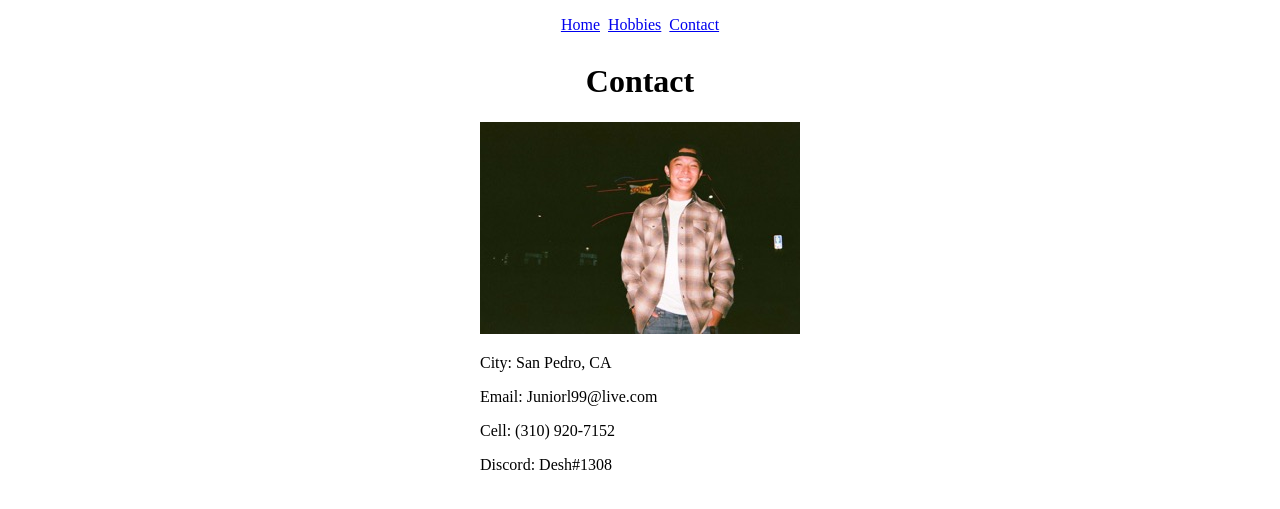
Repository: sebas6292/Jeff-Midterm
Page: contact.html
An editor plug-in stored every save of this project. The page is shown before and after the next save, followed by the edit.
The browser window is 1280 px wide. The pictures show the whole page.

Above is the page before, as saved 2023-04-30 23:08:41.

### contact.html
<!DOCTYPE html>
<html lang="en">
  <head>
    <title>Home</title>
    <meta charset="UTF-8" />
    <meta name="viewport" content="width=device-width" />
    <link rel="stylesheet" href="styles.css" />
  </head>
  <body>
    <nav>
      <a href="/home.html">Home</a>
      <a href="/hobby.html">Hobbies</a>
      <a href="/contact.html">Contact</a>
    </nav>
    <main>
      <h1>Contact</h1>
      <section class="contact-info" >
        <div>
            <img src="pics/Swag.jpeg"/>
            <p>City: San Pedro, CA</p>
            <p>Email: Juniorl99@live.com</p>
            <p>Cell: (310) 920-7152</p>
            <p>Discord: Desh#1308</p>
        </div>
      </section>
    </main>
  </body>
</html>

### styles.css

nav {
  display: flex;
  flex-wrap: wrap;
  align-items: center;
  justify-content: center;
  padding: 0.5rem;
  gap: 0.5rem;

}

.title {
  display: flex;
  justify-content: center;
}

/* hobbies */
.container {
  display: flex;
  flex-wrap: wrap;
  justify-content: center ;
}
.box-container {
  padding: 1rem;
}
.img-hobbies {
  border-radius: 10%;
}

h1, .contact-info {
  display: flex;
  justify-content: center;
}

After the next save:
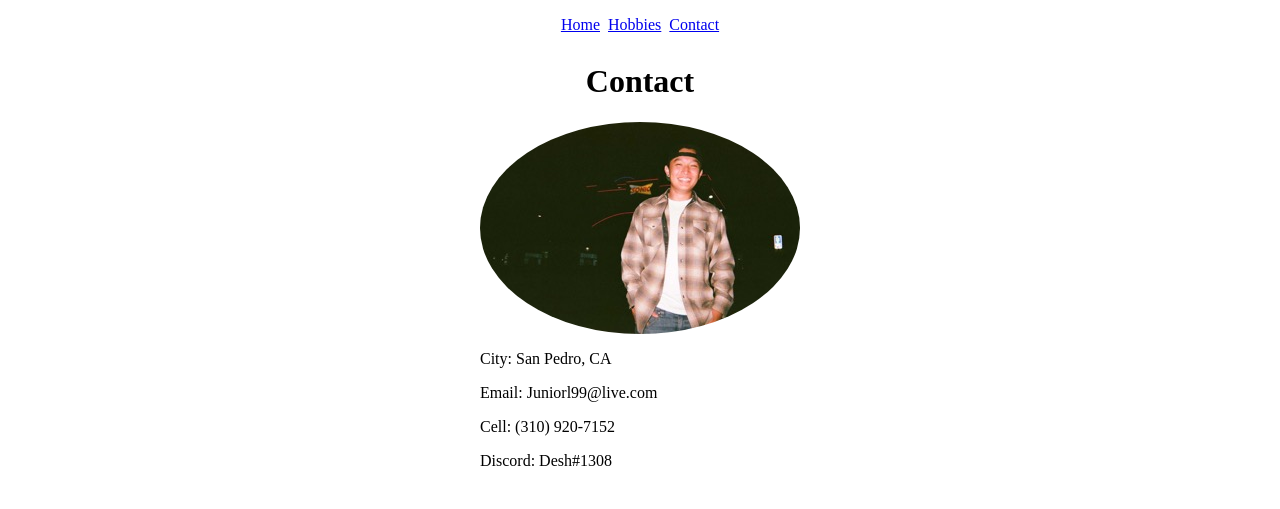
Saved 22 s later.
--- a/styles.css
+++ b/styles.css
@@ -27,7 +27,8 @@ nav {
   border-radius: 10%;
 }
 
-h1, .contact-info {
+h1, .contact-info, img {
   display: flex;
   justify-content: center;
+  border-radius: 50%;
 }
